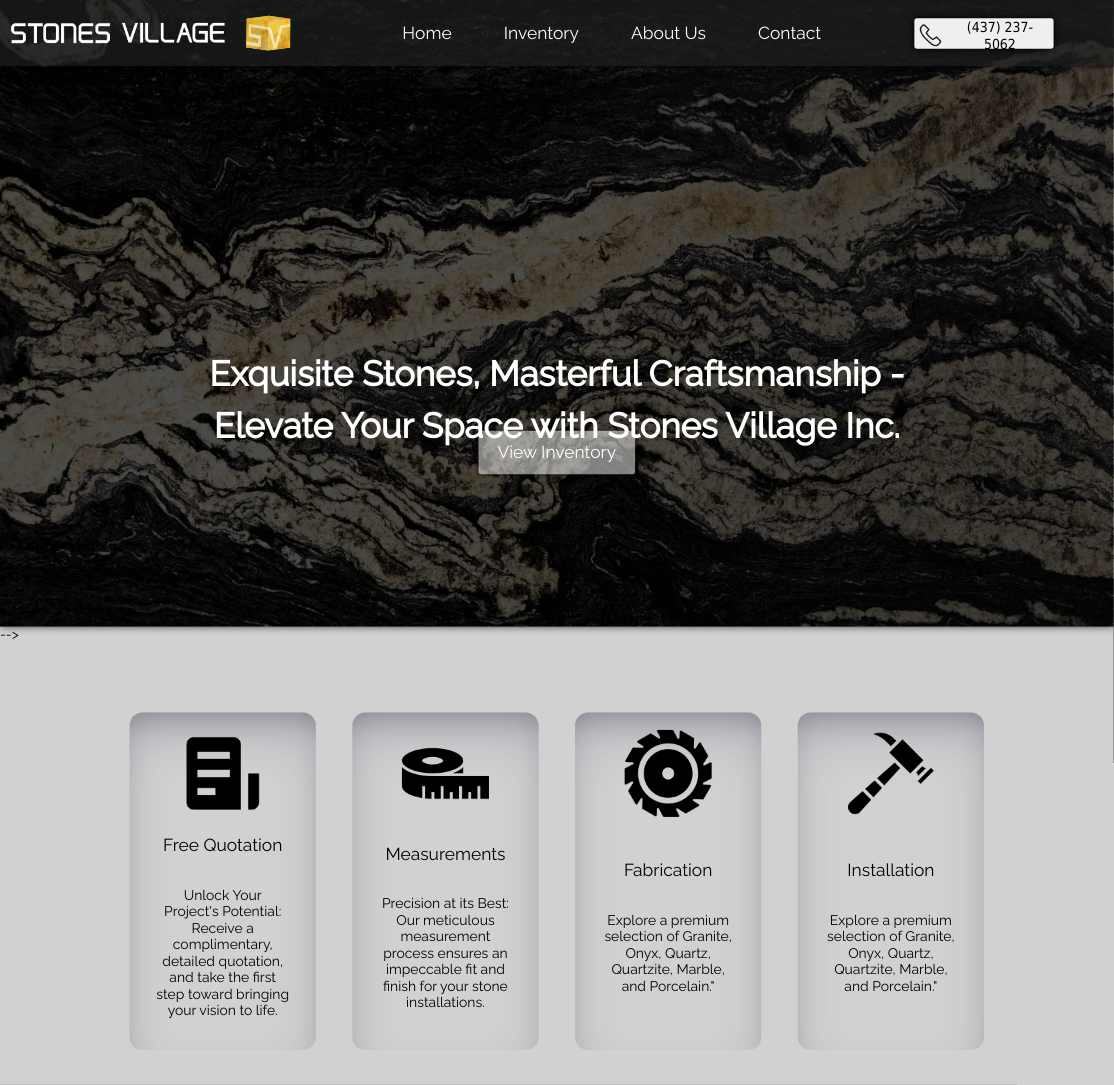
Repository: shayanabedi98/Stones-Village
Page: index.html
The author's editor kept a copy of each file at every save. The page is drawn from the files as they stood at one save, then again after the next save.
The browser window is 1280 px wide. The pictures show the whole page, at 87% of full size.
Backgrounds fixed to the window are drawn as part of the page.

Above is the page before, as saved 2023-10-22 17:24:34.

After the next save:
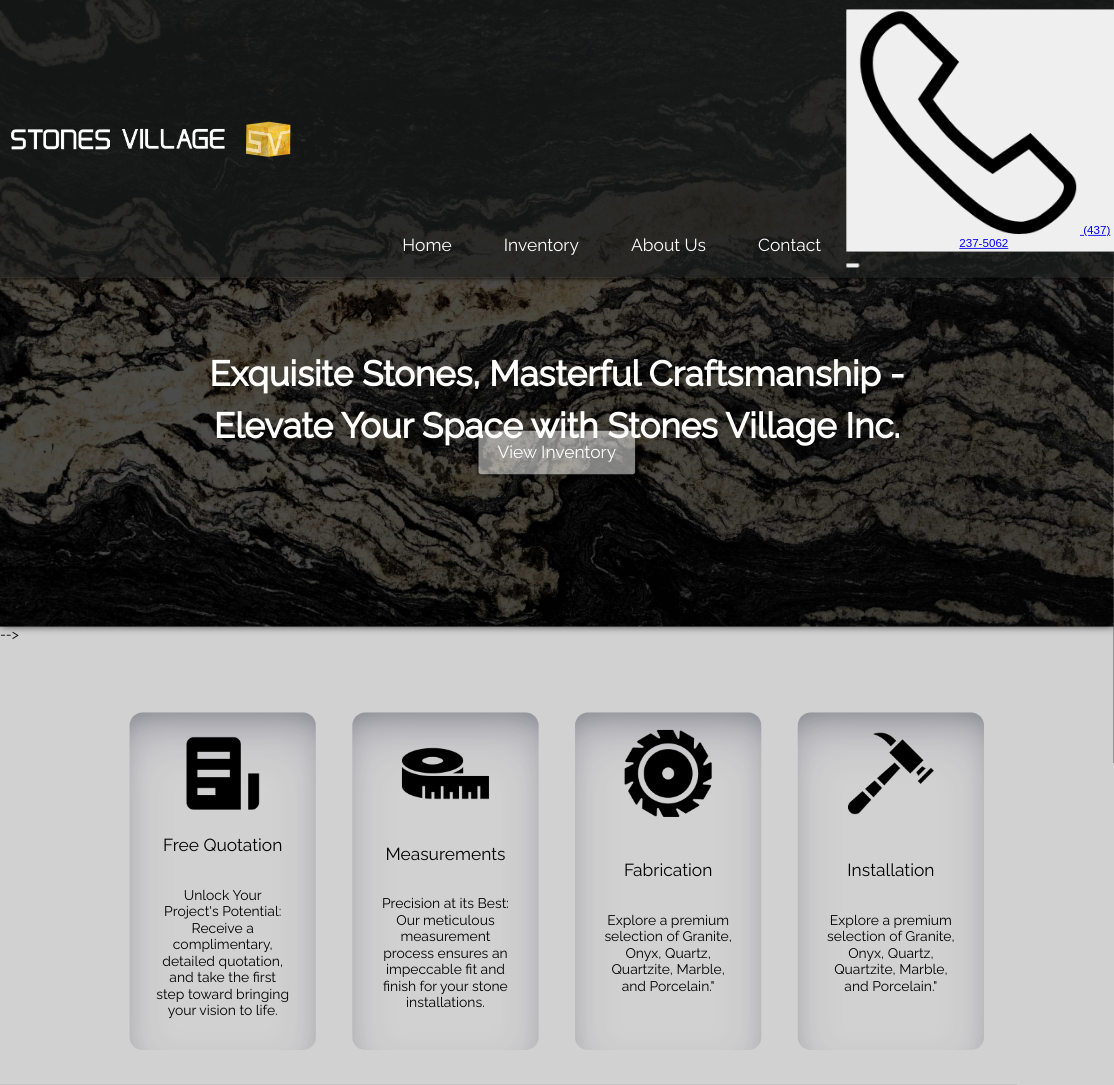
Saved 31 s later.
--- a/index.html
+++ b/index.html
@@ -23,13 +23,14 @@
                 <li><a href="./contact">Contact</a></li>
             </ul>
         </div>
-        <div class="navbar-tel">
+        <div class="navbar-links">
             <button>
                 <a href="tel:+14372375062">
                 <img src="./resources/telephone-svgrepo-com.png" alt="Contact By Number">
                 (437) 237-5062
                 </a>
             </button>
+            <button></button>
         </div>
     </div>
     <div class="grid-container">
